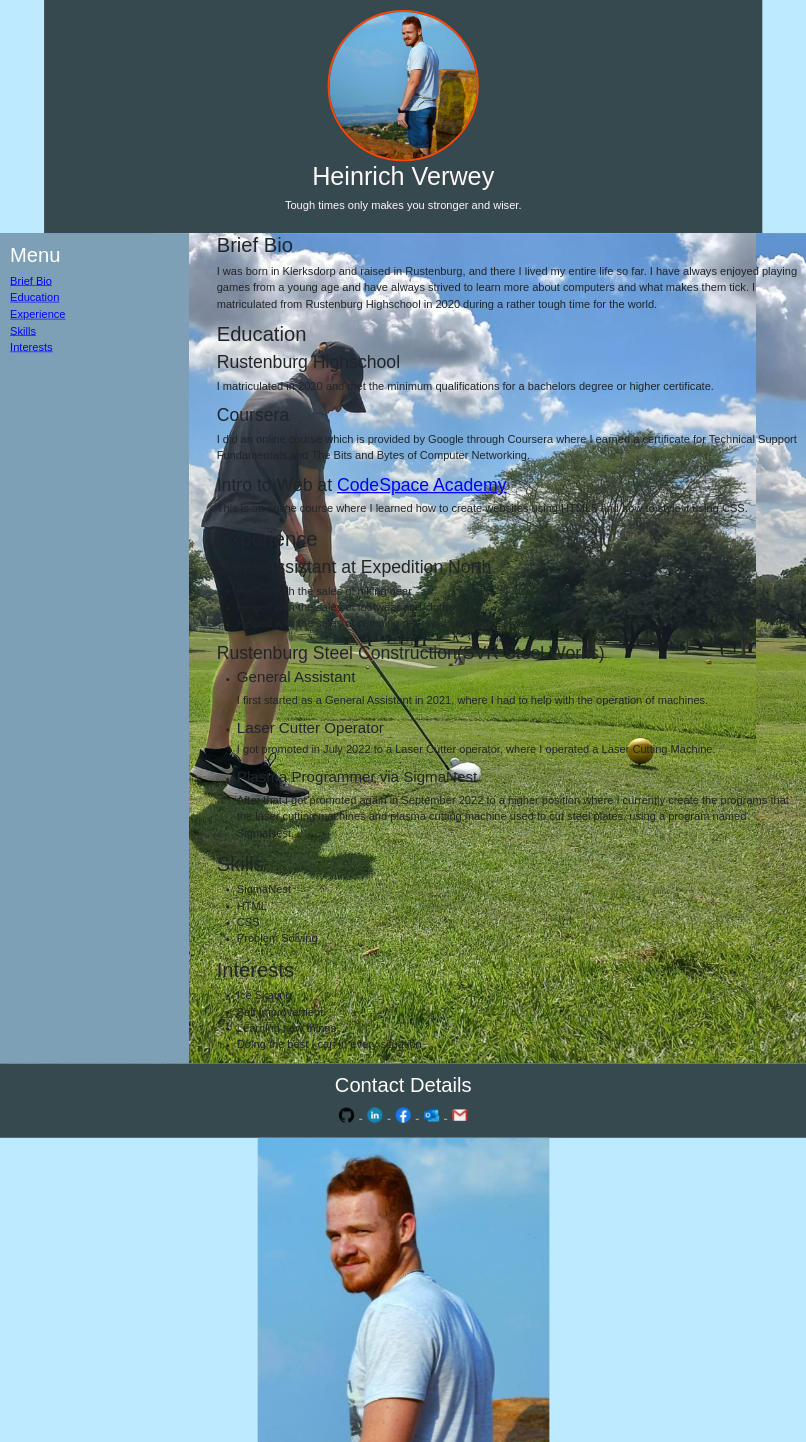
Repository: W3asl3y/IntroToWebDesign
Page: index.html
The author's editor kept a copy of each file at every save. The page is drawn from the files as they stood at one save, then again after the next save.
The browser window is 1280 px wide. The pictures show the whole page, at 63% of full size.

Above is the page before, as saved 2022-12-07 21:19:59.

After the next save:
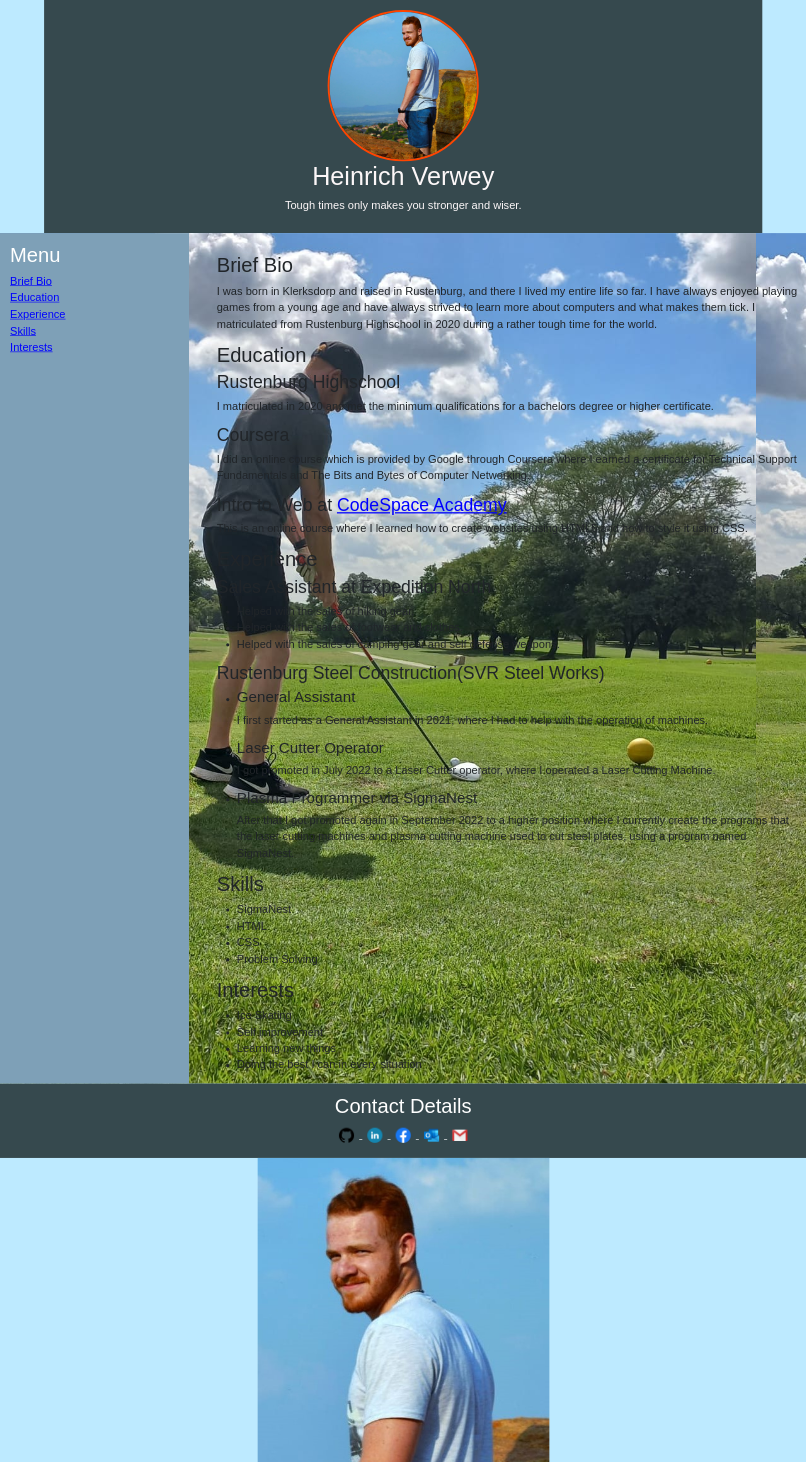
Saved 37 s later.
--- a/index.html
+++ b/index.html
@@ -64,7 +64,7 @@
                 </aside>
 
 
-            <div class="container ">
+            <div class="container" style="padding-top: 2rem">
                 <article id="contents">
                     <h2 id=brief_bio>
                         Brief Bio
